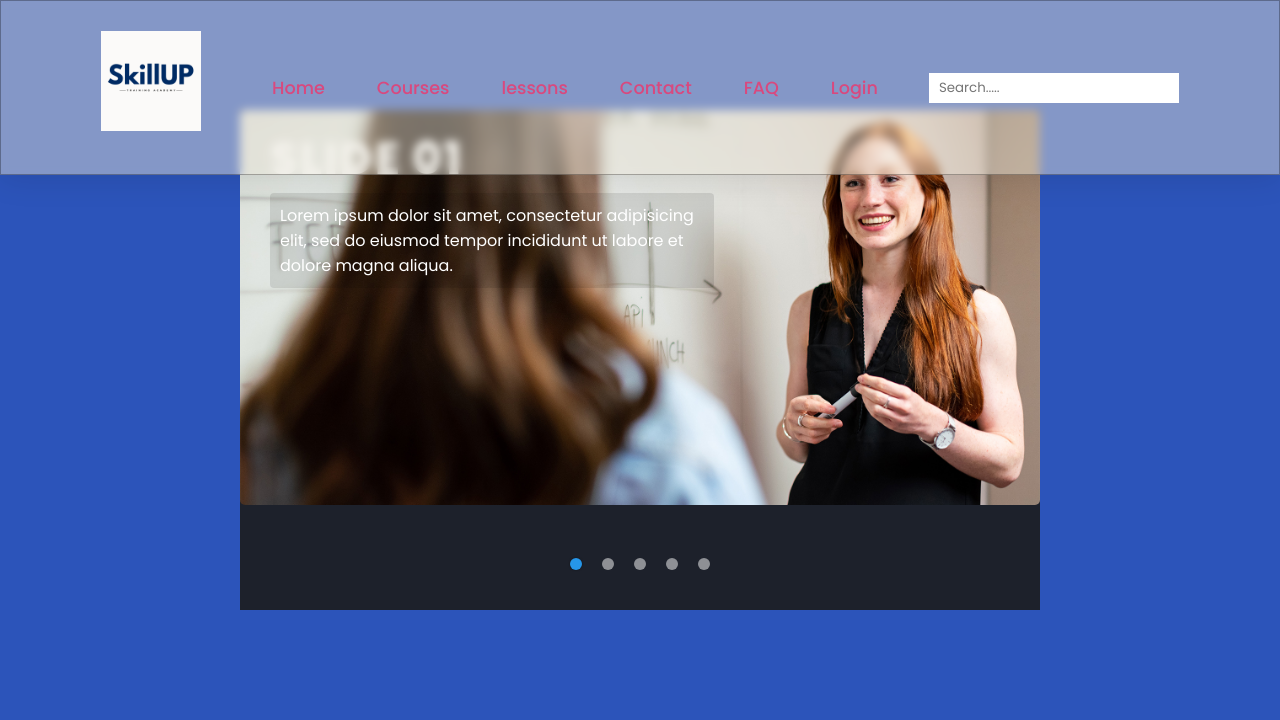
Repository: 2tzz/SkillUp-Academy
Page: home.html
The author's editor kept a copy of each file at every save. The page is drawn from the files as they stood at one save, then again after the next save.
The browser window is 1280 px wide. The pictures show the whole page.
Some web fonts or font styles are not loaded; a fallback is used.

Above is the page before, as saved 2022-10-22 15:43:35.

After the next save:
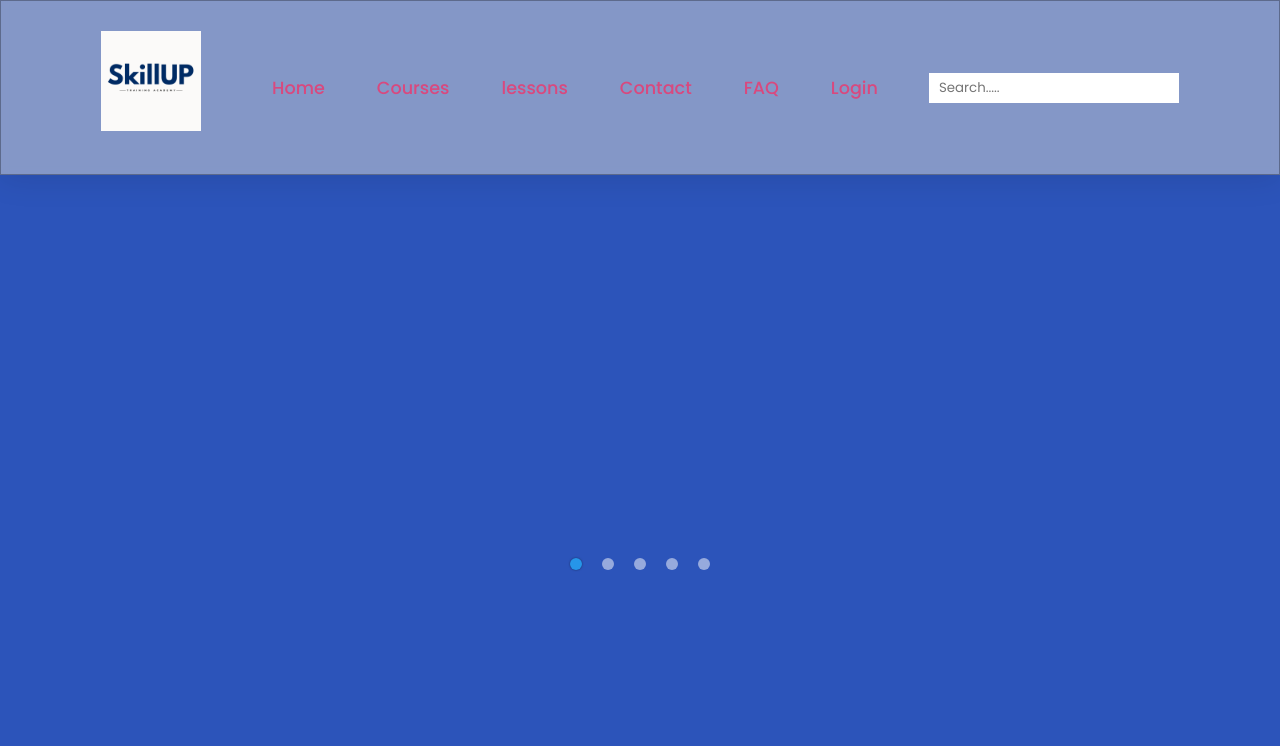
Saved 10 s later.
--- a/CSS/home.css
+++ b/CSS/home.css
@@ -176,7 +176,7 @@ header search_bar{
 
 .img-slider{
   position: relative;
-  width: 800px;
+  width: 1920;
   height: 500px;
   margin: 10px;
   background: #1D212B;
